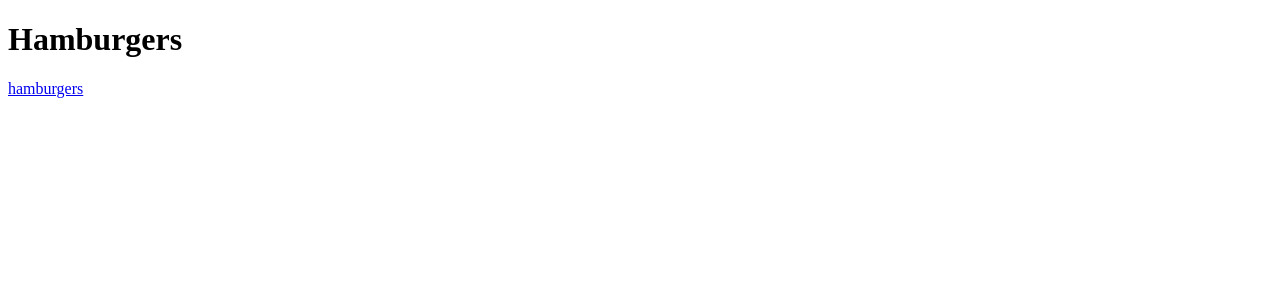
Repository: Spencertainty/practice-time
Page: recipes/hamburgers.html
The author's editor kept a copy of each file at every save. The page is drawn from the files as they stood at one save, then again after the next save.
The browser window is 1280 px wide. The pictures show the whole page.

Above is the page before, as saved 2023-10-26 17:08:53.

### recipes/hamburgers.html
<!DOCTYPE html>
<!--[if lt IE 7]>      <html class="no-js lt-ie9 lt-ie8 lt-ie7"> <![endif]-->
<!--[if IE 7]>         <html class="no-js lt-ie9 lt-ie8"> <![endif]-->
<!--[if IE 8]>         <html class="no-js lt-ie9"> <![endif]-->
<!--[if gt IE 8]>      <html class="no-js"> <!--<![endif]-->
<html>
    <head>
        <meta charset="utf-8">
        <meta http-equiv="X-UA-Compatible" content="IE=edge">
        <title>hamburgers</title>
        <meta name="description" content="">
        <meta name="viewport" content="width=device-width, initial-scale=1">
        <link rel="stylesheet" href="">
    </head>

    <body>
        <!--[if lt IE 7]>
            <p class="browsehappy">You are using an <strong>outdated</strong> browser. Please <a href="#">upgrade your browser</a> to improve your experience.</p>
        <![endif]-->
        <h1>Hamburgers</h1>
        <a href="recipes/hamburgers.html">hamburgers</a>
        <script src="" async defer></script>
    </body>
</html>

After the next save:
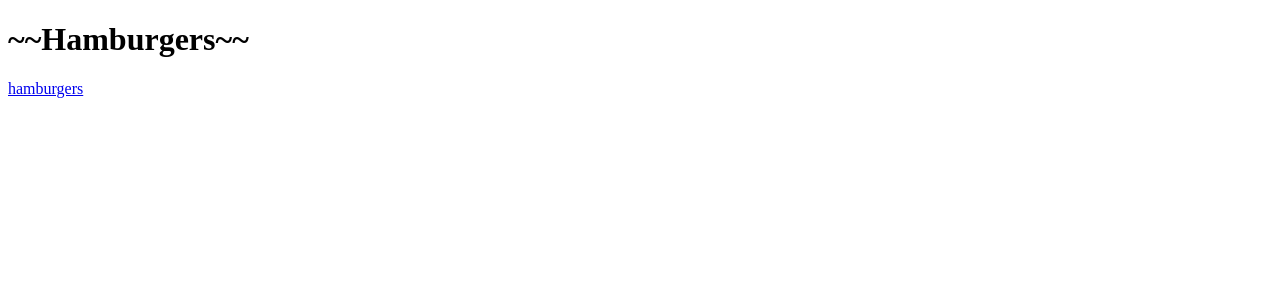
Saved 11 s later.
--- a/recipes/hamburgers.html
+++ b/recipes/hamburgers.html
@@ -17,7 +17,7 @@
         <!--[if lt IE 7]>
             <p class="browsehappy">You are using an <strong>outdated</strong> browser. Please <a href="#">upgrade your browser</a> to improve your experience.</p>
         <![endif]-->
-        <h1>Hamburgers</h1>
+        <h1>~~Hamburgers~~</h1>
         <a href="recipes/hamburgers.html">hamburgers</a>
         <script src="" async defer></script>
     </body>
